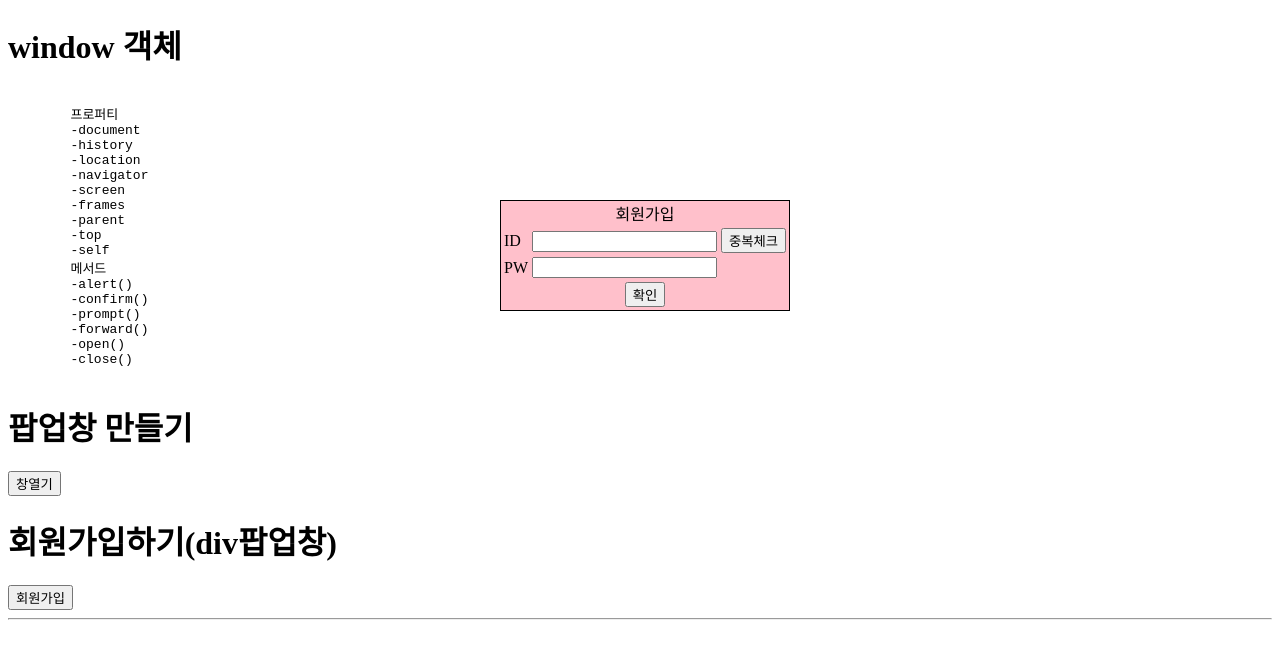
Repository: leedh909/Academy-web-
Page: 실습자료/JS(eclipse)/eclipse-js/JavaScript/WebContent/js13_window01.html
These files come from the project's save history. The page is drawn as it stood at one moment and after the next save; the edit follows.
The browser window is 1280 px wide. The pictures show the whole page.
After loading, the first visible `button[onclick="registForm();"]` was clicked once.

Above is the page before, as saved 2020-06-15 04:35:30.
Console error: ReferenceError: btn is not defined

After the next save:
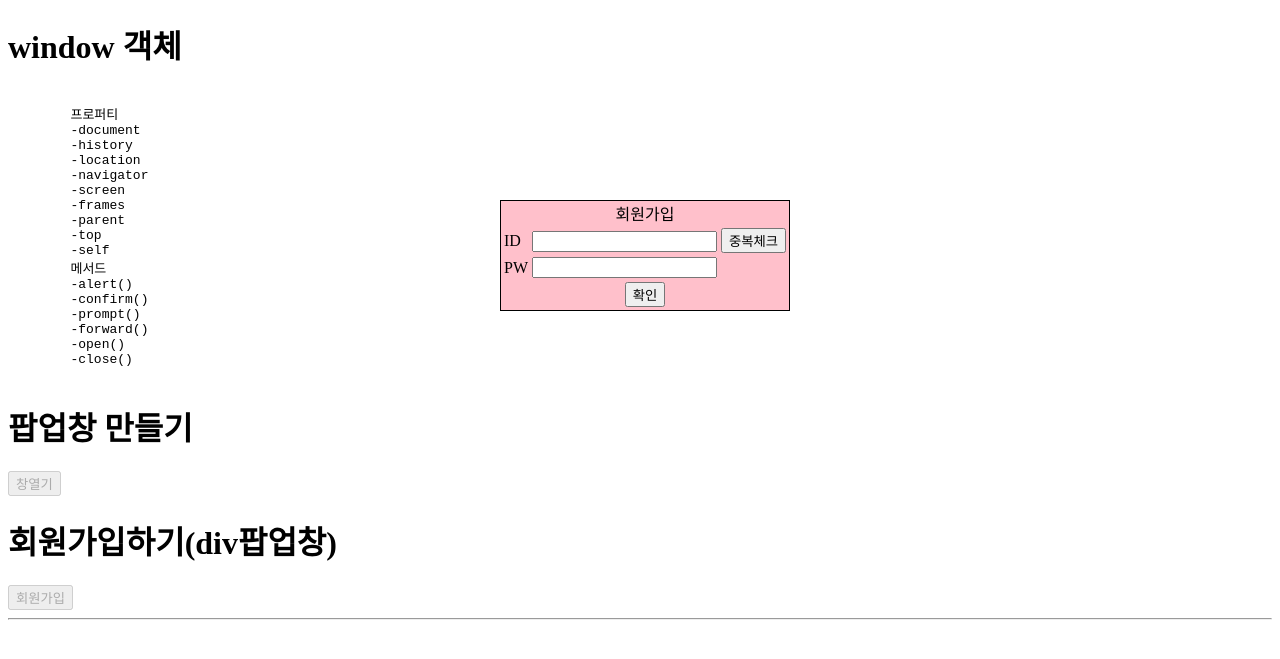
The error is gone.
Saved 48 s later.
--- a/실습자료/JS(eclipse)/eclipse-js/JavaScript/WebContent/js13_window01.html
+++ b/실습자료/JS(eclipse)/eclipse-js/JavaScript/WebContent/js13_window01.html
@@ -27,7 +27,7 @@
 		var btns = document.getElementsByName("btn");
 
 		for(var i in btns){
-			btn[i].disabled = "disabled";
+			btns[i].disabled = "disabled";
 		}
 	}
 </script>
